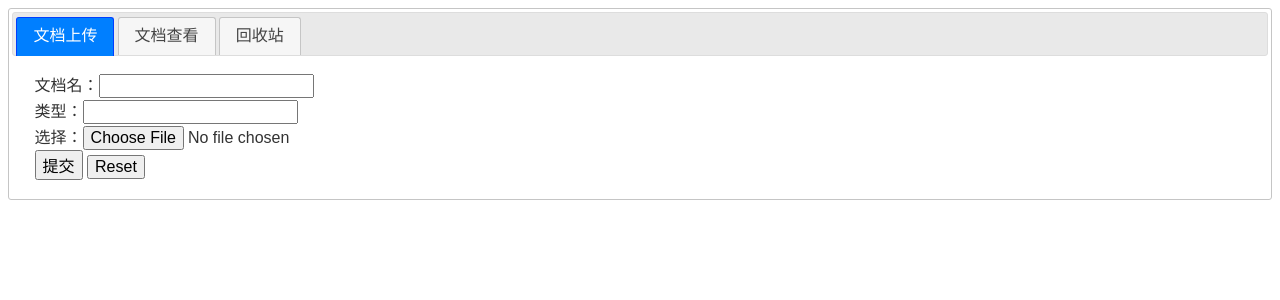
Repository: krzyty/OA_USST
Page: http://localhost/USSTOA/filemanage.jsp
These files come from the project's save history. The page is drawn as it stood at one moment and after the next save; the edit follows.
The browser window is 1280 px wide. The pictures show the whole page.
Some web libraries are served in a nearby version. The page is served by Tomcat 9. Nobody is signed in. The application's start-up code is not run. Other server files are loaded and not shown.

Above is the page before, as saved 2017-06-29 03:20:23.

### USSTOA/WebContent/filemanage.jsp
<%@ page language="java" contentType="text/html; charset=UTF-8"
	pageEncoding="UTF-8"%>
<!DOCTYPE html PUBLIC "-//W3C//DTD HTML 4.01 Transitional//EN" "http://www.w3.org/TR/html4/loose.dtd">
<html>
<head>
<meta http-equiv="Content-Type" content="text/html; charset=UTF-8">
<title>文档管理</title>
<!-- <link rel="stylesheet" href="/css/jquery-ui.css">
<script src="/js/jquery-1.9.1.js"></script>
<script src="/js/jquery-ui.js"></script> -->
<link rel="stylesheet"
	href="//apps.bdimg.com/libs/jqueryui/1.10.4/css/jquery-ui.min.css">
<script src="//apps.bdimg.com/libs/jquery/1.10.2/jquery.min.js"></script>
<script src="//apps.bdimg.com/libs/jqueryui/1.10.4/jquery-ui.min.js"></script>
<script>
	$(function() {
		$("#tabs").tabs();
	});
</script>
</head>
<body>
	<div id="tabs">
		<ul>
			<li><a href="#fragment-1"><span>文档上传</span> </a></li>
			<li><a href="#fragment-2"><span>文档查看</span> </a></li>
			<li><a href="#fragment-3"><span>回收站</span> </a></li>
		</ul>
		<div id="fragment-1">
			<form action="" method="post" enctype="multipart/form-data">
				文档名：<input type="text" name="fileName"><br />
				类型：<input type="text" name="bname"><br />
				选择：<input type="file" name="fileSrc"><br />
				<input type="submit" value="提交">
				<input type="reset"><br />
			</form>
		</div>
		<div id="fragment-2">Lorem ipsum dolor sit amet, consectetuer
			adipiscing elit, sed diam nonummy nibh euismod tincidunt ut laoreet
			dolore magna aliquam erat volutpat. Lorem ipsum dolor sit amet,
			consectetuer adipiscing elit, sed diam nonummy nibh euismod tincidunt
			ut laoreet dolore magna aliquam erat volutpat.</div>
		<div id="fragment-3">Lorem ipsum dolor sit amet, consectetuer
			adipiscing elit, sed diam nonummy nibh euismod tincidunt ut laoreet
			dolore magna aliquam erat volutpat. Lorem ipsum dolor sit amet,
			consectetuer adipiscing elit, sed diam nonummy nibh euismod tincidunt
			ut laoreet dolore magna aliquam erat volutpat. Lorem ipsum dolor sit
			amet, consectetuer adipiscing elit, sed diam nonummy nibh euismod
			tincidunt ut laoreet dolore magna aliquam erat volutpat.</div>
	</div>

</body>
</html>

After the next save:
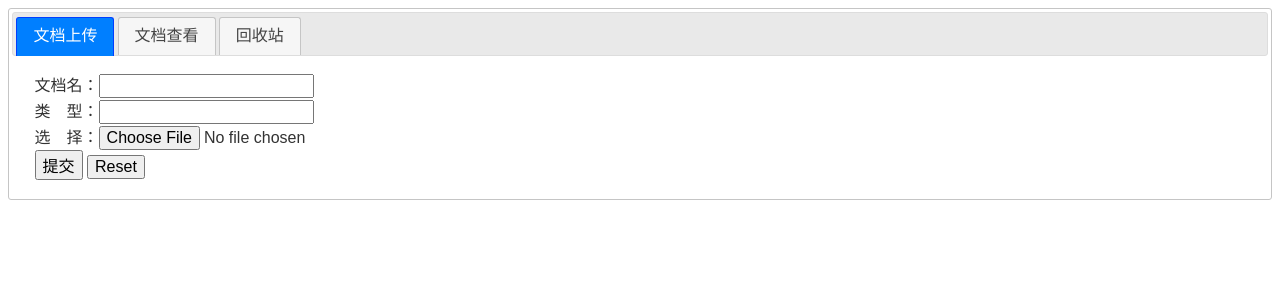
Saved 25 s later.
--- a/USSTOA/WebContent/filemanage.jsp
+++ b/USSTOA/WebContent/filemanage.jsp
@@ -28,8 +28,8 @@
 		<div id="fragment-1">
 			<form action="" method="post" enctype="multipart/form-data">
 				文档名：<input type="text" name="fileName"><br />
-				类型：<input type="text" name="bname"><br />
-				选择：<input type="file" name="fileSrc"><br />
+				类　型：<input type="text" name="bname"><br />
+				选　择：<input type="file" name="fileSrc"><br />
 				<input type="submit" value="提交">
 				<input type="reset"><br />
 			</form>
